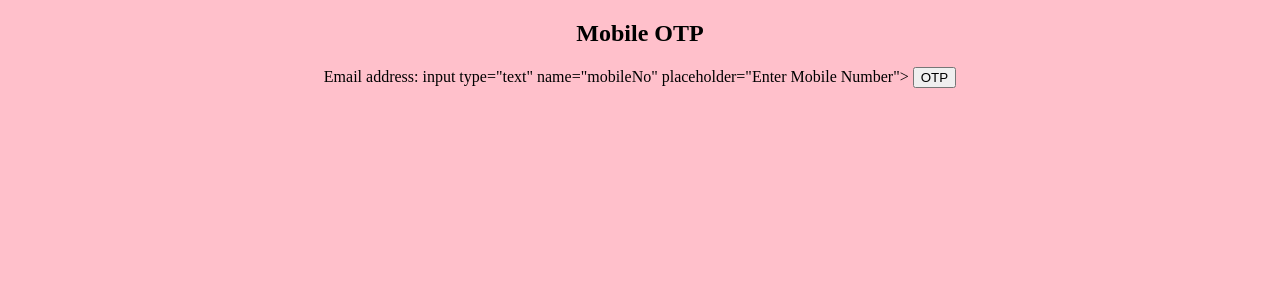
Repository: singhmohan333/springframework
Page: http://localhost/HelloWorld/
An editor plug-in stored every save of this project. The page is shown before and after the next save, followed by the edit.
The browser window is 1280 px wide. The pictures show the whole page.
The page is served by Tomcat 9. Nobody is signed in. The application's start-up code is not run. Other server files are loaded and not shown.

Above is the page before, as saved 2018-01-25 02:05:38.
Console error (its wording comes from the project's code and is left out).

### HelloWorld/src/main/webapp/index.jsp
<!DOCTYPE html PUBLIC "-//W3C//DTD HTML 4.01 Transitional//EN" "http://www.w3.org/TR/html4/loose.dtd">
<html>
<head>
<meta http-equiv="Content-Type" content="text/html; charset=ISO-8859-1">
<title>Spring 4 MVC - HelloWorld Index Page</title>
</head>
<body bgcolor="pink" alink="red" vlink="blue">
<center>
		<h2>Mobile OTP</h2>
		<div class="form-group">
		<form onclick="/SMSClass">
		<label for="mobilenumber">Email address:</label> input type="text" name="mobileNo" placeholder="Enter Mobile Number">
		<input type="submit" value="OTP">

		</form>

		</div>

</center>
</body>
</html>

After the next save:
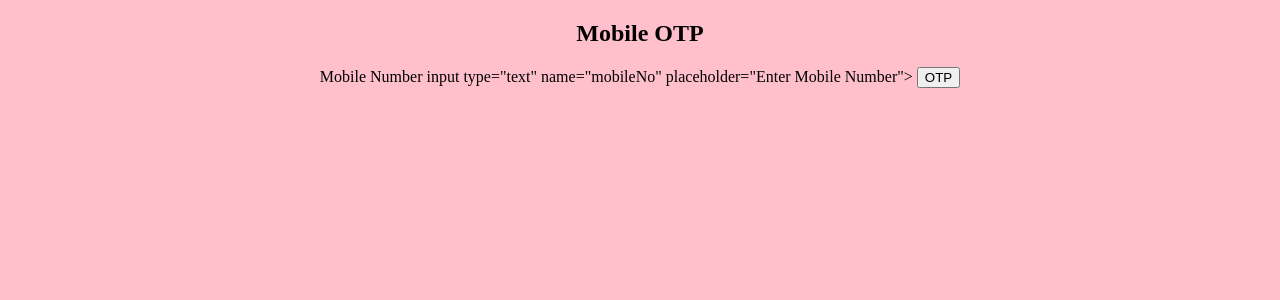
Saved 17 s later.
--- a/HelloWorld/src/main/webapp/index.jsp
+++ b/HelloWorld/src/main/webapp/index.jsp
@@ -9,7 +9,7 @@
 		<h2>Mobile OTP</h2>
 		<div class="form-group">
 		<form onclick="/SMSClass">
-		<label for="mobilenumber">Email address:</label> input type="text" name="mobileNo" placeholder="Enter Mobile Number">
+		<label for="mobilenumber">Mobile Number</label> input type="text" name="mobileNo" placeholder="Enter Mobile Number">
 		<input type="submit" value="OTP">
 
 		</form>
